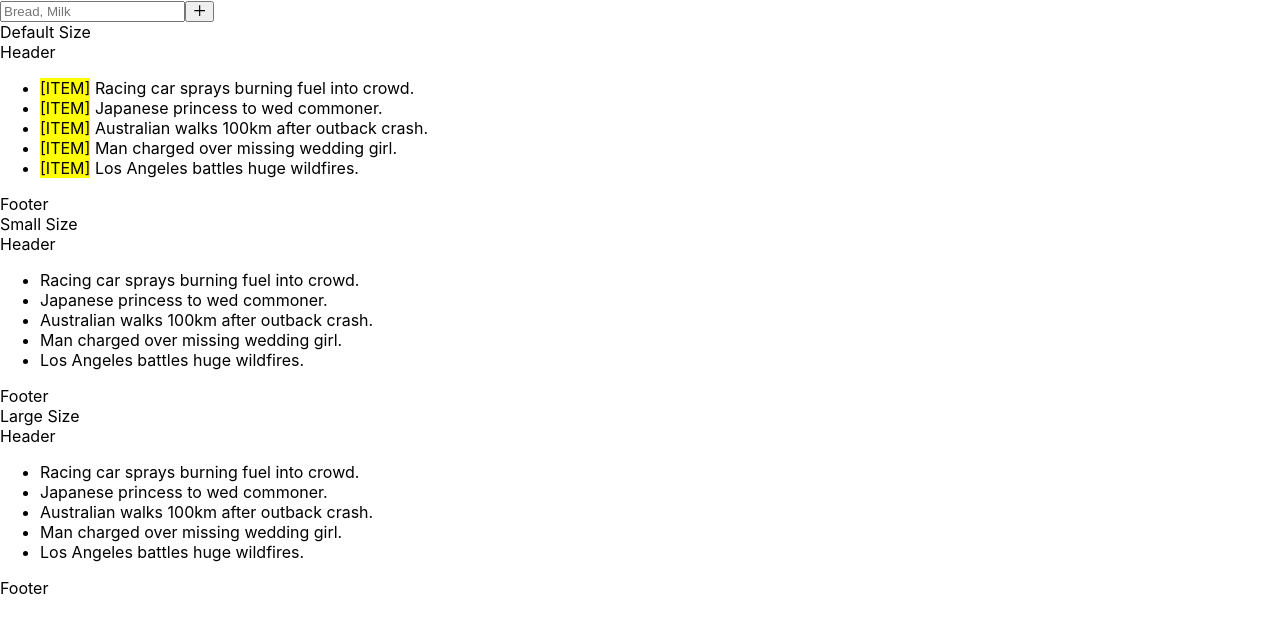
Repository: Luigi-ai-creator/Todo_react
Page: /
The author's editor kept a copy of each file at every save. The page is drawn from the files as they stood at one save, then again after the next save.
The browser window is 1280 px wide. The pictures show the whole page.
The project was rebuilt for these pictures with package versions that can differ from the ones it lists, and the page was loaded fresh each time. Also part of the build but not shown: src/App.css.

Above is the page before, as saved 2021-01-22 15:25:39.

After the next save:
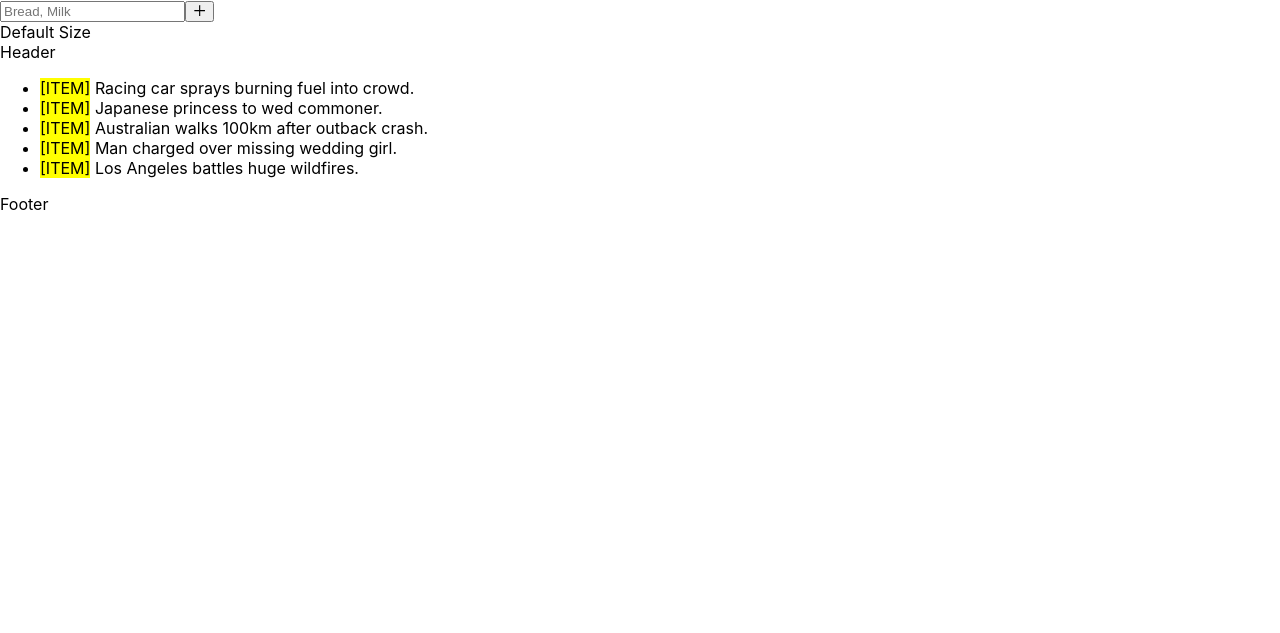
Saved 47 s later.
--- a/src/Components/ListToDo/ListToDo.js
+++ b/src/Components/ListToDo/ListToDo.js
@@ -25,24 +25,6 @@ const ListToDo = () => {
         </List.Item>
       )}
     />
-    <Divider orientation="left">Small Size</Divider>
-    <List
-      size="small"
-      header={<div>Header</div>}
-      footer={<div>Footer</div>}
-      bordered
-      dataSource={data}
-      renderItem={item => <List.Item>{item}</List.Item>}
-    />
-    <Divider orientation="left">Large Size</Divider>
-    <List
-      size="large"
-      header={<div>Header</div>}
-      footer={<div>Footer</div>}
-      bordered
-      dataSource={data}
-      renderItem={item => <List.Item>{item}</List.Item>}
-    />
   </>
     )
 }
